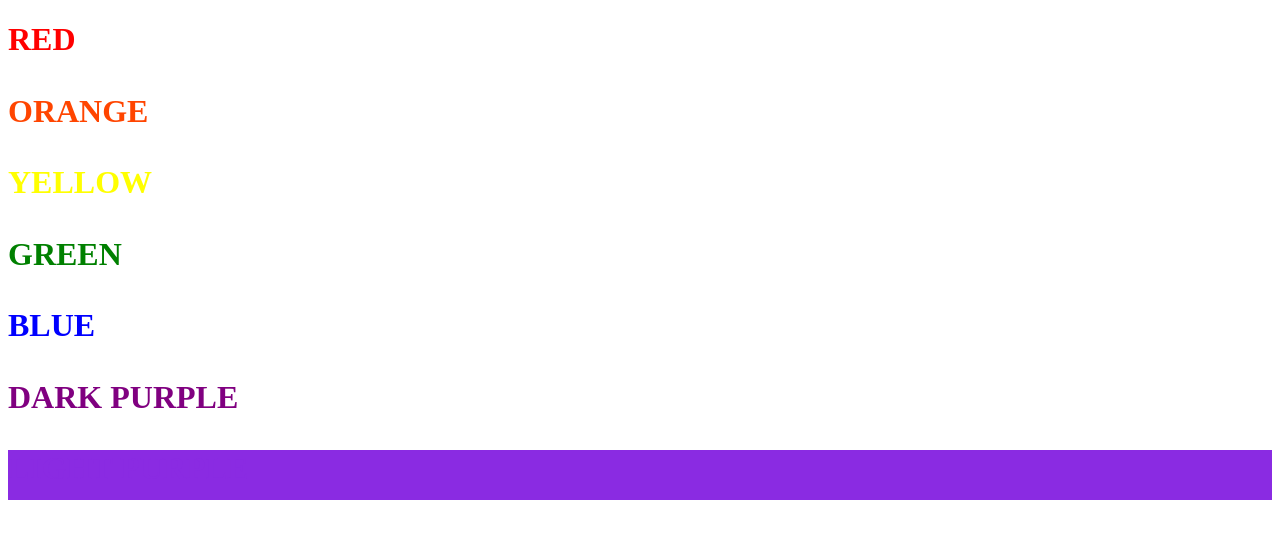
Repository: W3asl3y/IWA-challenges
Page: Interactive Rainbow Challenge/index.html
These files come from the project's save history. The page is drawn as it stood at one moment and after the next save; the edit follows.
The browser window is 1280 px wide. The pictures show the whole page.
After loading, the first visible `#lightPurpleBg` was clicked once.

Above is the page before, as saved 2023-02-01 08:59:48.
Console error: ReferenceError: colorDiv is not defined

After the next save:
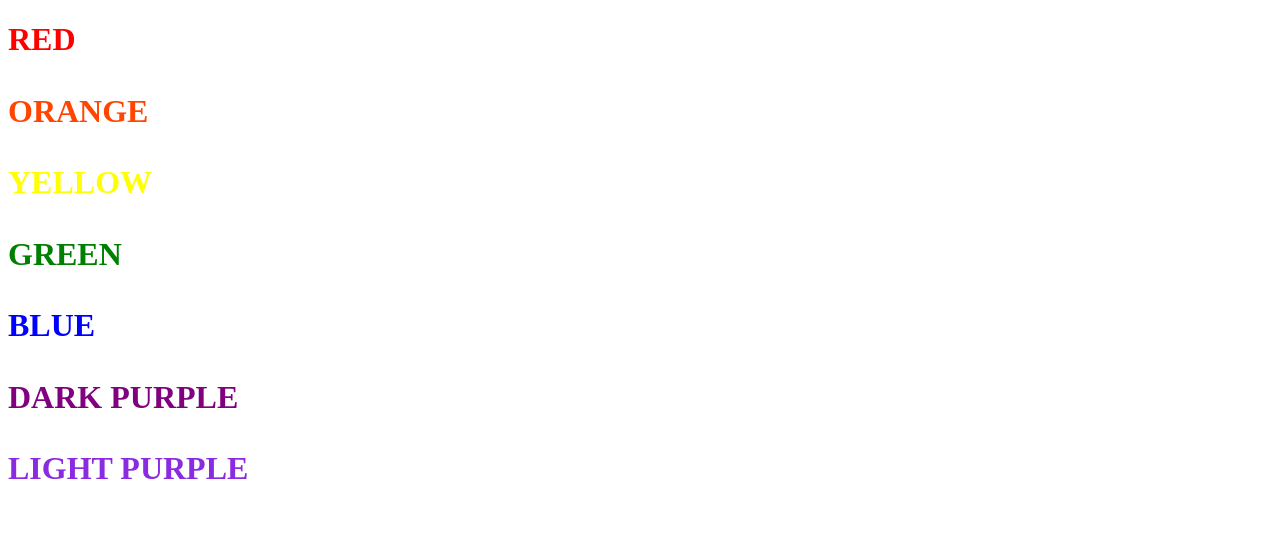
Console error: SyntaxError: Unexpected token '}'
Saved 9 s later.
--- a/Interactive Rainbow Challenge/javascript/script.js
+++ b/Interactive Rainbow Challenge/javascript/script.js
@@ -84,12 +84,12 @@ function lightPurpleDiv(){
        /* change the color of a div by clicking on text inside div */
     //var colorDiv = document.createElement('div');
     //colorDiv.style.width = '100px';
-    colorDiv.style.height = '100px';
-    colorDiv.style.backgroundColor = 'red';
-    document.body.appendChild(colorDiv);
-    var colorDivText = document.createElement('div');
-    colorDivText.innerHTML = 'Click me to change the color of the box';
-    colorDiv.appendChild(colorDivText);
-    colorDiv.addEventListener('click', function() {
-    colorDiv.style.backgroundColor = 'blue';
+    //colorDiv.style.height = '100px';
+    //colorDiv.style.backgroundColor = 'red';
+    //document.body.appendChild(colorDiv);
+    //var colorDivText = document.createElement('div');
+    //colorDivText.innerHTML = 'Click me to change the color of the box';
+    //colorDiv.appendChild(colorDivText);
+    //colorDiv.addEventListener('click', function() {
+    //colorDiv.style.backgroundColor = 'blue';
 });
